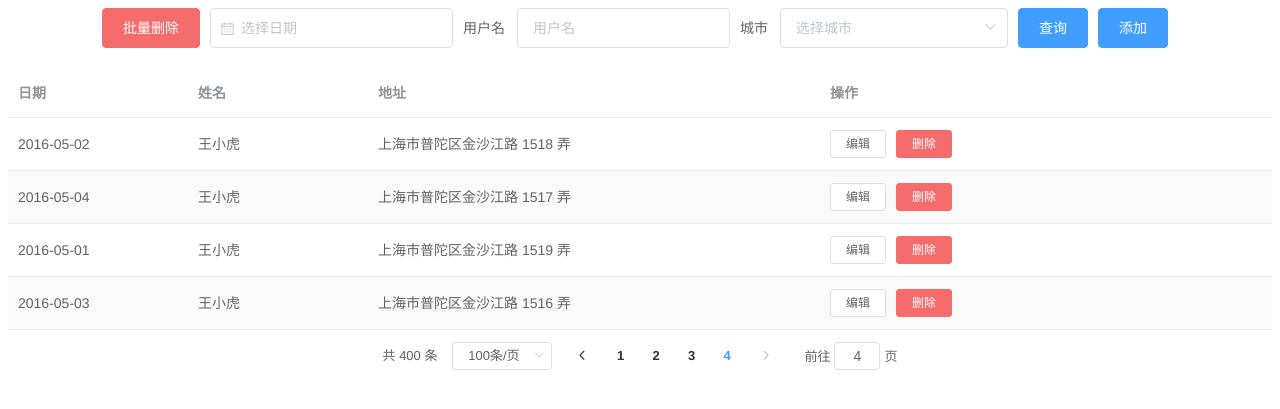
Repository: chang-meng-yun/vue_project
Page: /
These files come from the project's save history. The page is drawn as it stood at one moment and after the next save; the edit follows.
The browser window is 1280 px wide. The pictures show the whole page.
The project was rebuilt for these pictures with package versions that can differ from the ones it lists, and the page was loaded fresh each time. Also part of the build but not shown: vue.config.js, src/VBindStudy.vue, src/components/HelloWorld.vue, src/views/HomeView.vue.

Above is the page before, as saved 2024-06-27 12:22:37.

### public/index.html
<!DOCTYPE html>
<html lang="">
  <head>
    <meta charset="utf-8">
    <meta http-equiv="X-UA-Compatible" content="IE=edge">
    <meta name="viewport" content="width=device-width,initial-scale=1.0">
    <link rel="icon" href="<%= BASE_URL %>favicon.ico">
    <!-- <title><%= htmlWebpackPlugin.options.title %></title> -->
     <title>我是首页</title>
  </head>
  <body>
    <noscript>
      <strong>We're sorry but <%= htmlWebpackPlugin.options.title %> doesn't work properly without JavaScript enabled. Please enable it to continue.</strong>
    </noscript>
    <!-- 显示内容的地方 -->
    <div id="app"></div>
    <!-- built files will be auto injected -->
  </body>
</html>

### src/main.js
import Vue from 'vue'
import App from './App.vue'
import ElementUI from 'element-ui';
import 'element-ui/lib/theme-chalk/index.css';
import router from './router'

Vue.use(ElementUI);

Vue.config.productionTip = false
new Vue({
  router,
  render: h => h(App)
}).$mount('#app')

### src/App.vue
<template>
  <div id="app">
    <!-- <Hello></Hello> -->
    <!-- <VBindStudy></VBindStudy> -->
     <!-- <HomeWork></HomeWork> -->
      <!-- <reHome></reHome> -->
       <!-- <Model></Model> -->
        <FromFrame></FromFrame>
  </div>
</template>
<script>
  // 导入组件
  import Hello from '@/Hello.vue'
  import VBindStudy from '@/VBindStudy'
  import HomeWork from '@/HomeWork'
    import reHome from './views/reHome.vue'
  import FromFrame from '@/FromFrame.vue'
     // import Model from './views/Model.vue'
  export default{
    components:{
        Hello,
        VBindStudy,
        HomeWork,
        FromFrame
        // Model
    },
    data(){
      return{
        mark:true,
        name:"张三",
        mywidth:"350px",
        myImage:require("./assets/花.jpg")
      }
    },
    methods:{
     controller_div(){
        this.mark=!this.mark
        console.log(this.mark)
      },
      changeSize(){
        this.mywidth="500px"
      },
      changeImage(){
        console.log("pakaqiu")
        this.myImage=require("./assets/小樱花.webp")
      }
     }
    }
</script>
<style>
.box{
    width: 200px;
    height: 200px;
    background-color: red;
}
#app {
  font-family: Avenir, Helvetica, Arial, sans-serif;
  -webkit-font-smoothing: antialiased;
  -moz-osx-font-smoothing: grayscale;
  text-align: center;
  color: #2c3e50;
}

nav {
  padding: 30px;
}

nav a {
  font-weight: bold;
  color: #2c3e50;
}

nav a.router-link-exact-active {
  color: #42b983;
}
</style>

### src/Hello.vue
<template>
  <div>
        <!-- <nav>
      <router-link to="/">Home</router-link> |
      <router-link to="/about">About</router-link>
    </nav> -->
    <!-- <el-row>
      <el-button>默认按钮</el-button>
      <el-button type="primary">主要按钮</el-button>
      <el-button type="success">成功按钮</el-button>
      <el-button type="info">信息按钮</el-button>
      <el-button type="warning">警告按钮</el-button>
      <el-button type="danger">危险按钮</el-button>
    </el-row> -->

    <!-- <input  type="text" v-model="username"> -->
     <!-- <div  v-if="mark" class="box">
      div1-if标签
     </div> -->
     <!-- <el-button type="primary" v-on:click="controller_div()">控制div</el-button> -->
     <!-- <div  v-show ="mark" class="box"> -->
      <!-- div2-show标签 -->
     <!-- </div> -->
    <!-- <div>
      {{username}}
    </div> -->
    <!-- <router-view/> -->
     <!-- <hr> -->

     <el-row>
        <el-col :span="12">
          <div class="grid-content bg-purple">
         <img src="./assets/小雏菊.webp" v-bind:width="mywidth" />
         <br>
         <el-button type="primary" @click="changeSize()">改变大小</el-button>
        </div>
      </el-col>

        <el-col :span="12">
          <div class="grid-content bg-purple-light">
            <img v-bind:src="myImage" width="350px" />
            <br>
            <el-button type="primary" @click="changeImage()">改变图片</el-button>
        </div>
      </el-col>
      </el-row>

  </div>
</template>
<script>
     export default{
    // components:{
    //     Hello,
    //     VBindStudy
    // },
    data(){
      return{
        mark:true,
        name:"张三",
        mywidth:"350px",
        myImage:require("./assets/花.jpg")
      }
    },
    methods:{
     controller_div(){
        this.mark=!this.mark
        console.log(this.mark)
      },
      changeSize(){
        this.mywidth="500px"
      },
      changeImage(){
        console.log("pakaqiu")
        this.myImage=require("./assets/小樱花.webp")
      }
     },
     components:{

     }
    }
  </script>
  <style>
  .box{
      width: 200px;
      height: 200px;
      background-color: red;
  }
  #app {
    font-family: Avenir, Helvetica, Arial, sans-serif;
    -webkit-font-smoothing: antialiased;
    -moz-osx-font-smoothing: grayscale;
    text-align: center;
    color: #2c3e50;
  }

  nav {
    padding: 30px;
  }

  nav a {
    font-weight: bold;
    color: #2c3e50;
  }

  /* nav a.router-link-exact-active {
    color: #42b983;
  } */
  </style>

### src/HomeWork.vue
<template>
    <div id="all">

        <h3>请选择你喜欢的语言</h3>
        <table border="1" cellspacing="0" style="margin: 0 auto;" >
            <tr>
                <td v-for="(obj,index) in subject "
                :key="index"
                v-bind:class="{'bg':obj.mark}"
                @click="changeColor(obj,index)">{{obj.name}}</td>
            </tr>
        </table>

        <p style="text-align: center;">我最喜欢的编程语言是{{pro_name}}</p>
        <el-input v-model="inputName" placeholder="请输入你喜欢的书" style="width: 300px;"></el-input>
        <el-button type="primary" @click="addBook()">添加你喜欢的书本</el-button>
        <!-- <el-button type="primary" v-if="">隐藏</el-button> -->
       <!-- {{message}} -->


    </div>
</template>
<script>
    export default{
        data(){
        return{
            pro_name:"Java",
            inputName:"",
            subject:[
            {id:"1",name:"Java",mark:true},
            {id:"2",name:"C",mark:false},
            {id:"3",name:"C++",mark:false},
            {id:"4",name:"Python",mark:false},
            ],
        }
        },
        methods:{
            addBook(){
                console.log(this.inputName)
                this.subject.push({"name":this.inputName,"mark":false})
            },
            changeColor(obj,index){
                console.log(obj,index)
                this.pro_name = obj.name;
                for(var i=0;i<this.subject.length;i++){
                    this.subject[i].mark=false;
                }
                this.subject[index].mark=true;
                this.pro_name=this.subject[index].name;
            }
        },
        components:{

        }
    }

</script>
<style>
 tr td{
        width: 200px;
        height: 50px;
        /* background-color: rgb(130, 236, 176); */
    }
    .bg{
        /* background-color: rgb(218, 103, 80); */
    }
</style>

### src/views/reHome.vue
<template>
    <div>
       <h3>请选择你喜欢的语言</h3>
       <table cellspacing="0" border="1" style="margin: 0 auto;">
        <tr>
            <td v-for="(obj,index) in subjects"
            :key="index"
            v_bind :class="{'bg1':obj.mark}"
            @click="changeColor(obj,index)">
            {{obj.name}}
            </td>
        </tr>
       </table>
       <p>我最喜欢的语言是{{proname}}</p>
    </div>
</template>
<script>
  export default{
    data(){
        return{
          proname:"java",
          subjects:[
            {name:"Java",mark:true},
            {name:"C",mark:false},
            {name:"C++",mark:false},
            {name:"Python",mark:false},
          ]
        }
    },
    methods:{
        changeColor(obj,index){
            console.log(obj,index)
            this.proname=obj.name
            for(var i = 0;i<this.subjects.length;i++){
                this.subjects[i].mark=false;
            }
            obj.mark=true;
        }
    },
    components:{

    },
  }
</script>
<style>
 tr td{
        width: 200px;
        height: 50px;
        /* background-color: rgb(130, 236, 176); */
    }
    .bg1{
        /* background-color: rgb(218, 103, 80); */
    }
</style>

### src/FromFrame.vue
<template>
    <div>
        <!-- 功能区域 -->
        <div>
              <el-form :inline="true" :model="formInline" class="demo-form-inline">
                <el-form-item>
                    <el-button type="danger" @click="deleteAll">批量删除</el-button>
                  </el-form-item>
                <el-form-item prop="date1">
                    <el-date-picker type="date" placeholder="选择日期" v-model="formInline.date1" style="width: 100%;"></el-date-picker>
                  </el-form-item>
                <el-form-item label="用户名">
                  <el-input v-model="formInline.user" placeholder="用户名"></el-input>
                </el-form-item>
                <el-form-item label="城市">
                  <el-select v-model="formInline.region" placeholder="选择城市">
                    <el-option label="上海" value="shanghai"></el-option>
                    <el-option label="北京" value="beijing"></el-option>
                  </el-select>
                </el-form-item>
                <el-form-item>
                  <el-button type="primary" @click="onSubmit">查询</el-button>
                </el-form-item>
                <el-form-item>
                    <el-button type="primary" @click="addUser">添加</el-button>
                  </el-form-item>
              </el-form>
        </div>


        <!-- 数据显示区 -->
    <div>
        <el-table :data="tableData" stripe style="width: 100%">
        <el-table-column  prop="date" label="日期"width="180"></el-table-column>
        <el-table-column prop="name" label="姓名" width="180"></el-table-column>
        <el-table-column
          prop="address"
          label="地址">
        </el-table-column>
        <el-table-column label="操作">
            <template slot-scope="scope">
              <el-button
                size="mini"
                @click="handleEdit(scope.$index, scope.row)">编辑</el-button>
              <el-button
                size="mini"
                type="danger"
                @click="handleDelete(scope.$index, scope.row)">删除</el-button>
            </template>
          </el-table-column>
      </el-table>
    </div>
    <!-- 完整功能--页码 -->
    <div class="block" style="margin-top: 10px;">
        <span class="demonstration"></span>
        <el-pagination
          @size-change="handleSizeChange"
          @current-change="handleCurrentChange"
          :current-page="currentPage4"
          :page-sizes="[100, 200, 300, 400]"
          :page-size="100"
          layout="total, sizes, prev, pager, next, jumper"
          :total="400">
        </el-pagination>
      </div>
    </div>
</template>
<script>
     export default{
        data(){
        return{
            tableData: [{
            date: '2016-05-02',
            name: '王小虎',
            address: '上海市普陀区金沙江路 1518 弄'
            }, {
            date: '2016-05-04',
            name: '王小虎',
            address: '上海市普陀区金沙江路 1517 弄'
            }, {
            date: '2016-05-01',
            name: '王小虎',
            address: '上海市普陀区金沙江路 1519 弄'
            }, {
            date: '2016-05-03',
            name: '王小虎',
            address: '上海市普陀区金沙江路 1516 弄'
            }],
            formInline: {
            user: '',
            region: '',
            date1: '',
            },
            currentPage1: 5,
            currentPage2: 5,
            currentPage3: 5,
            currentPage4: 4
         }
        },
        methods: {
            handleEdit(index, row) {
            console.log(index, row);
            },
            handleDelete(index, row) {
            console.log(index, row);
            },
            onSubmit() {
           console.log('submit!');
           },
           handleSizeChange(val) {
           console.log(`每页 ${val} 条`);
            },
            handleCurrentChange(val) {
                console.log(`当前页: ${val}`);
            },
            deleteAll(){
                // 批量删除
            },
            addUser(){
                // 添加
            }
        },
        components:{

        }
     }
</script>
<style>

</style>

Loaded but not shown: src/router/index.js (common file)

After the next save:
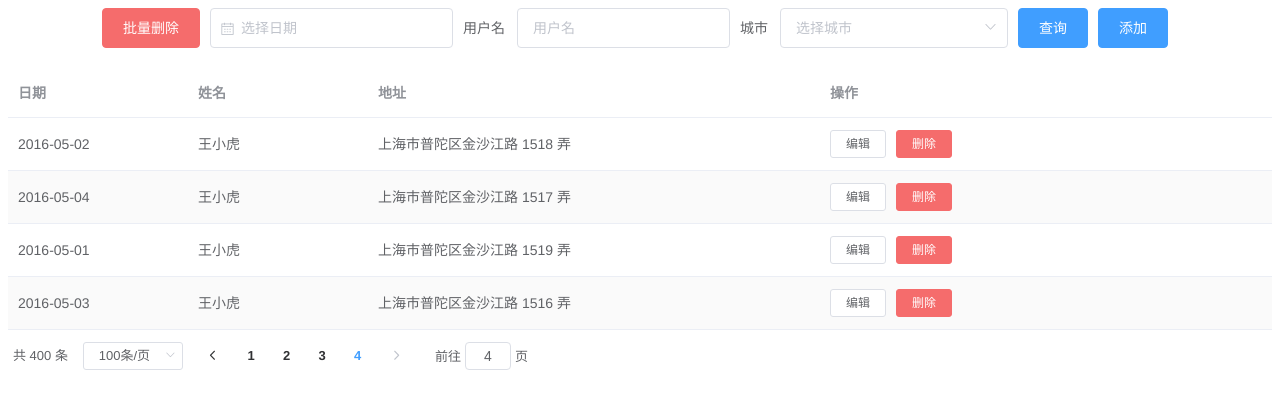
Saved 23 s later.
--- a/src/FromFrame.vue
+++ b/src/FromFrame.vue
@@ -51,7 +51,7 @@
       </el-table>
     </div>
     <!-- 完整功能--页码 -->
-    <div class="block" style="margin-top: 10px;">
+    <div class="block" style="margin-top: 10px;float: left;">
         <span class="demonstration"></span>
         <el-pagination
           @size-change="handleSizeChange"
